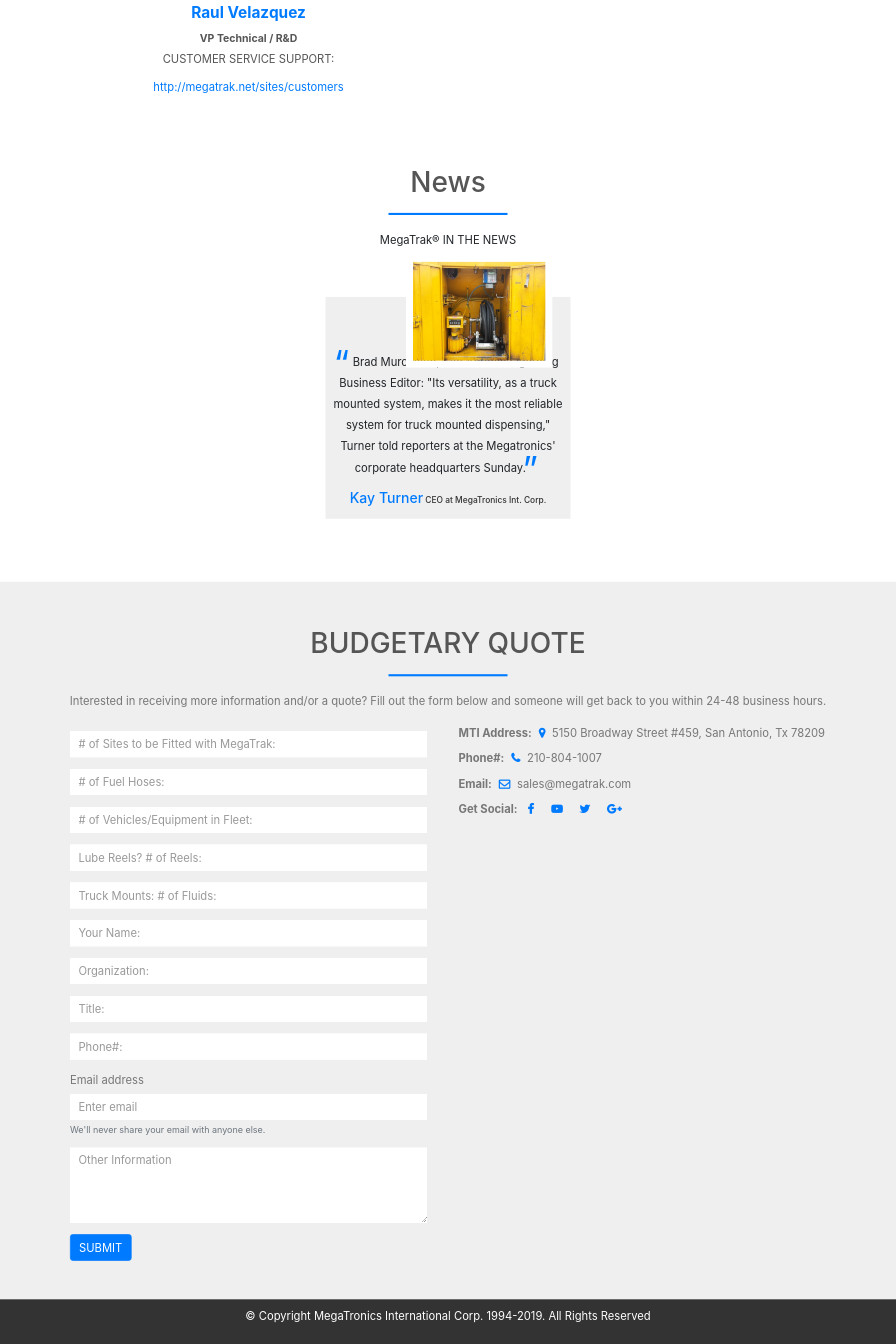
Repository: navegantemx/MegaTrak-Milestone-Project
Page: index.html
The author's editor kept a record of every edit. The page is drawn from the files as they stood at one moment, then again after the next edit.
The browser window is 1280 px wide. The pictures show the part of the page from y = 2503 to 4423 px (the page is 4423 px tall before and 4368 px after), at 70% of full size.
Backgrounds fixed to the window are drawn as part of the page.

Above is the page before.

### index.html
<!DOCTYPE html>
<html lang="en">
<head>
    <meta charset="UTF-8">
    <meta name="viewport" content="width=device-width, initial-scale=1.0">
    <meta http-equiv="X-UA-Compatible" content="ie=edge">
    <link rel="stylesheet" href="https://stackpath.bootstrapcdn.com/bootstrap/4.3.1/css/bootstrap.min.css" type="text/css" />
    <link rel="stylesheet" href="https://stackpath.bootstrapcdn.com/font-awesome/4.7.0/css/font-awesome.min.css" type="text/css" />
    <script src="https://code.jquery.com/jquery-3.3.1.slim.min.js"></script>
    <script src="https://cdnjs.cloudflare.com/ajax/libs/popper.js/1.14.7/umd/popper.min.js"></script>
    <script src="https://stackpath.bootstrapcdn.com/bootstrap/4.3.1/js/bootstrap.min.js"></script>
    <link rel="stylesheet" href="assets/css/style.css" type="text/css" />
    <title>MegaTrak - Automated Fuel Systems</title>
</head>
<body>

    <!-----------------------Part code taken from YouTube channel "Easy Tutorials" ------------>

    <!-----------------------Navigation Bar------------>

    <section id="nav-bar">
        <nav class="navbar navbar-expand-lg navbar-light">
            <a class="navbar-brand" href="#"><img src="assets/images/mt-logo.png"></a>
            <button class="navbar-toggler" type="button" data-toggle="collapse" data-target="#navbarNav" aria-controls="navbarNav" aria-expanded="false" aria-label="Toggle navigation">
            <span class="navbar-toggler-icon"></span></button>
            <div class="collapse navbar-collapse" id="navbarNav">
                <ul class="navbar-nav ml-auto"
                    <li class="nav-item">
                        <a class="nav-link" href="#top">HOME</a>
                    </li>
                    <li class="nav-item">
                        <a class="nav-link" href="#solutions">SOLUTIONS</a>
                    </li>
                    <li class="nav-item">
                        <a class="nav-link" href="#products">PRODUCTS</a>
                    </li>
                    <li class="nav-item">
                        <a class="nav-link" href="#support">SUPPORT</a>
                    </li>
                    <li class="nav-item">
                        <a class="nav-link" href="#news">NEWS</a>
                    </li>
                    <li class="nav-item">
                        <a class="nav-link" href="#contact">CONTACT</a>
                    </li>
                </ul>
            </div>
        </nav>
    </section>

    <!-----------------------Slider------------>

    <div id="slider">
        <div id="headerSlider" class="carousel slide" data-ride="carousel">
            <ol class="carousel-indicators">
                <li data-target="#headerSlider" data-slide-to="0" class="active"></li>
                <li data-target="#headerSlider" data-slide-to="1"></li>
                <li data-target="#headerSlider" data-slide-to="2"></li>
            </ol>
            <div class="carousel-inner">
                <div class="carousel-item active">
                    <img class="d-block img-fluid" src="assets/images/banner1.jpg">
                    <div class="carousel-caption">
                        <h5>TRANSPORTATION</h5>
                    </div>
                </div>
                <div class="carousel-item">
                    <img class="d-block img-fluid" src="assets/images/banner2.jpg">
                    <div class="carousel-caption">
                        <h5>MATERIALS</h5>
                    </div>
                </div>
                <div class="carousel-item">
                    <img class="d-block img-fluid" src="assets/images/banner3.jpg">
                    <div class="carousel-caption">
                        <h5>CITIES AND COUNTIES</h5>
                    </div>
                </div>
            </div>
            <a class="carousel-control-prev" href="#headerSlider" role="button" data-slide="prev">
                <span class="carousel-control-prev-icon" aria-hidden="true"></span>
                <span class="sr-only">Previous</span>
            </a>
            <a class="carousel-control-next" href="#headerSlider" role="button" data-slide="next">
                <span class="carousel-control-next-icon" aria-hidden="true"></span>
                <span class="sr-only">Next</span>
             </a>
        </div>
    </div>

    <!-----------------------Solutions------------>

    <section id="solutions">
        <div class="container">
            <div class="row">
                <div class="col-md-6">
                    <h2>MegaTrak® Solutions</h2>
                    <div class="about-content">
                        The MegaTrak® Automated Fuel System Hardware is designed with direct, single-hose, pay at the pump architecture, like retail.
                        Competitor's console driven systems lose all hose accountability when communications and/or the console fails.
                        MegaTrak® allows you to move to the next hose or exchange the fuel control unit (MCU) with another.
                        Spare units are also available.
                    </div>
                    <button type="button" class="btn btn-primary">Read more>>
                    </button>
                </div>
                <div class="col-md-6 skills-bar">
                    <p>Vehicle Control Module</p>
                    <div class="progress">
                        <div class="progress-bar" style="width: 80%;">80%</div>
                    </div>
                    <p>Mobile Truck Mounts</p>
                    <div class="progress">
                        <div class="progress-bar" style="width: 85%;">85%</div>
                    </div>
                    <p>Multi-Product Dispenser</p>
                    <div class="progress">
                        <div class="progress-bar" style="width: 75%;">75%</div>
                    </div>
                    <p>Fuel Accounting</p>
                    <div class="progress">
                        <div class="progress-bar" style="width: 50%;">50%</div>
                    </div>
                    <p>Preventive Maintenance</p>
                    <div class="progress">
                        <div class="progress-bar" style="width: 60%;">60%</div>
                    </div>
                </div>
            </div>
        </div>
    </section>

    <!-----------------------Solutions------------>

    <section id="products">
        <div class="container">
            <h1>Our Products</h1>
            <div class="row products">
                <div class="col-md-3 text-center">
                    <div class="icon">
                        <i class="fa fa-bus"></i>
                    </div>
                    <h3>MegaTrak® Series 9000</h3>
                    <p>MegaTrak® proudly presents the MegaTrak® Series 9000,
                    the latest and most advanced single-hose fuel controller (MCU) designed for fleet fueling today.</p>
                </div>
                <div class="col-md-3 text-center">
                    <div class="icon">
                        <i class="fa fa-cloud-upload"></i>
                    </div>
                    <h3>Cloud Services-Odom Capture</h3>
                    <p>The MegaTrak® approach is to remove the costly, complex radio components and return to a simpler,
                    more positive method of communication.</p>
                </div>
                <div class="col-md-3 text-center">
                    <div class="icon">
                        <i class="fa fa-clock-o"></i>
                    </div>
                    <h3>Gates & Doors Control</h3>
                    <p>Why hassle over trying to find a gate controller AND a fuel system, when the MegaTrak® Series 9000 can do it all?!</p>
                </div>
                <div class="col-md-3 text-center">
                    <div class="icon">
                        <i class="fa fa-signal"></i>
                    </div>
                    <h3>Cellular and WiFi Communications</h3>
                    <p>Cellular GPRS Radio Supported and networking using WiFi (802.11x) between devices or groups of devices and a server.</p>
                </div>
            </div>
        </div>
    </section>

    <!-----------------------Support------------>

    <section id="support">
        <div class="container">
            <h1>Technical Support</h1>
            <div class="row">
                <div class="col-md-6 profile-pic text-center">
                <div class="img-box">
                    <img src="assets/images/support1.jpg" class="img-responsive">
                    <ul>
                        <a href="#"><li><i class="fa fa-facebook"></i></li></a>
                        <a href="#"><li><i class="fa fa-twitter"></i></li></a>
                        <a href="#"><li><i class="fa fa-linkedin"></i></li></a>
                    </ul>
                </div>
                    <h2>Raul Velazquez</h2>
                    <h3>VP Technical / R&D</h3>
                    <P>CUSTOMER SERVICE SUPPORT:</P>
                    <a href="http://megatrak.net/sites/customers/">http://megatrak.net/sites/customers</a>
                </div>
                <div class="col-md-6 profile-pic text-center">
                <div class="img-box">
                    <img src="assets/images/support2.jpg" class="img-responsive">
                </div>
                    <br>
                    <P>Downloading Site:</P>
                    <a href="http://download.megatrak.com/">http://download.megatrak.com/</a>
                </div>
            </div>
        </div>
    </section>

    <!-----------------------News------------>

    <section id="news">
        <div class="container">
            <h1>News</h1>
            <p class="text-center">MegaTrak® IN THE NEWS</p>
            <div class="row">
                <div class="col-md-4 text-center">
                    <div class="profile">
                        <img src="assets/images/news1.jpg" class="user">
                        <blockquote>Brad Murchison, San Antonio Lightning Business Editor:
                        "Its versatility, as a truck mounted system, makes it the most reliable system for truck mounted dispensing,"
                        Turner told reporters at the Megatronics' corporate headquarters Sunday.</blockquote>
                            <h3>Kay Turner<span> CEO at MegaTronics Int. Corp.</span></h3>
                    </div>
                </div>
            </div>
        </div>
    </section>

   <!-----------------------Contact------------>

    <section id="contact">
        <div class="container">
            <br>
            <h1>BUDGETARY QUOTE</h1>
            <p class="text-center">Interested in receiving more information and/or a quote? Fill out the form below and someone will get back to you within 24-48 business hours.</p>
            <div class="row">
                <div class="col-md-6">
                    <form class="contact-form">
                        <div class="form-group">
                            <input type="number" class="form-control" placeholder="# of Sites to be Fitted with MegaTrak:" required>
                        </div>
                        <div class="form-group">
                             <input type="number" class="form-control" placeholder="# of Fuel Hoses:" required>
                        </div>
                        <div class="form-group">
                             <input type="number" class="form-control" placeholder="# of Vehicles/Equipment in Fleet:" required>
                        </div>
                        <div class="form-group">
                            <input type="number" class="form-control" placeholder="Lube Reels? # of Reels:" required>
                        </div>
                        <div class="form-group">
                            <input type="number" class="form-control" placeholder="Truck Mounts: # of Fluids:" required>
                        </div>
                        <div class="form-group">
                            <input type="text" class="form-control" placeholder="Your Name:" required>
                        </div>
                        <div class="form-group">
                            <input type="text" class="form-control" placeholder="Organization:" required>
                        </div>
                        <div class="form-group">
                            <input type="text" class="form-control" placeholder="Title:" required>
                        </div>
                        <div class="form-group">
                            <input type="number" class="form-control" placeholder="Phone#:" required>
                        </div>
                        <div class="form-group">
                            <label for="exampleInputEmail1">Email address</label>
                            <input type="email" class="form-control" id="exampleInputEmail1" aria-describedby="emailHelp" placeholder="Enter email" required>
                            <small id="emailHelp" class="form-text text-muted">We'll never share your email with anyone else.</small>
                        </div>
                        <div class="form-group">
                            <textarea class="form-control" rows="4" placeholder="Other Information"></textarea>
                        </div>
                        <button type="submit" class="btn btn-primary">SUBMIT</button>
                    </form>
                </div>
                <div class="col-md-6 contact-info">
                    <div class="follow"><b>MTI Address:</b><i class="fa fa-map-marker"></i>5150 Broadway Street #459, San Antonio, Tx 78209</div>
                    <div class="follow"><b>Phone#:</b><i class="fa fa-phone"></i>210-804-1007</div>
                    <div class="follow"><b>Email:</b><i class="fa fa-envelope-o"></i>sales@megatrak.com</div>
                    <div class="follow"><label><b>Get Social:</b></label>
                        <a href="#"><i class="fa fa-facebook"></i></a>
                        <a href="#"><i class="fa fa-youtube-play"></i></a>
                        <a href="#"><i class="fa fa-twitter"></i></a>
                        <a href="#"><i class="fa fa-google-plus"></i></a>
                    </div>
                </div>
            </div>
        </div>
    </section>

    <!-----------------------Footer------------>

    <section id="footer">
        <div class="container text-center">
            <p>© Copyright MegaTronics International Corp. 1994-2019. All Rights Reserved</p>
        </div>
    </section>

    <!-----------------------Footer End------------>

    <script src="libraries/smooth-scroll.js"></script>
    <script>var scroll = new SmoothScroll('a[href*="#"]');</script>
</body>
</html>

### assets/css/style.css
*
{
    margin: 0;
    padding: 0;
}

/* -------------------------------------navigation */

#nav-bar
{
    position: sticky;
    top: 0;
    z-index: 10;
}

.navbar-brand img
{
    height: 80px;
    width: 90%;
    padding-left: 0;
}

.navbar-nav li
{
    padding: 0 10px;
}

.navbar-nav li a
{
    float: right;
    text-align: left;
}

#nav-bar ul li a:hover{
    color: #007bff!important;
}

.navbar
{
    background: #fff;
}

.navbar-toggler
{
    border: none!important;
}

.nav-link
{
    color: #555!important;
    font-weight: 600;
    font-size: 16px;
}

/* -------------------------------------Slider */

#slider
{
    width: 100%;
}

.carousel-caption
{
    top: 50%;
    transform: translateY (-50%);
    bottom: initial!important;
}

.carousel-caption h5
{
    color: #fff;
    font-size: 42px;
}

/* -------------------------------------Solutions */

#solutions
{
    padding-top: 100px;
    padding-bottom: 140px;
    color: #555;
}

#solutions .btn
{
    margin-top: 20px;
    margin-bottom: 30px;
}

.about-content
{
    padding-top: 20px;
}

.skills-bar p
{
    margin-bottom: 6px;
    font-weight: 600;
}

.progress
{
    border-radius: 16px; !important;
    margin-bottom: 20px;
}

.progress-bar
{
    border-radius: 16px;
}

/* -------------------------------------Products */


#products
{
    background-image: linear-gradient(rgba(0,0,0,0.8),rgba(0,0,0,0.8));url("../../media/examples/lizard.png");
    background-size: cover;
    background-position: center;
    color: #efefef !important;
    background-attachment: fixed;
    padding-top: 50px;
    padding-bottom: 50px;
}

#products h1
{
    text-align: center;
    color: #efefef !important;
    padding-bottom: 10px;
}

#products h1::after
{
    content: '';
    background: #efefef;
    display: block;
    height: 3px;
    width: 170px;
    margin: 20px auto 5px;
}

.products
{
    margin-top: 40px;
}

.icon
{
    font-size: 40px;
    margin: 20px auto;
    padding: 20px;
    height: 80px;
    width: 80px;
    border:1px solid #fff;
    border-radius: 50%;
}

#products p
{
    font-size: 14px;
    margin-top: 20px;
    color: #ccc;
}

.products .col-md-3:hover{
    background: #007bff;
    cursor: pointer;
    transition: 0.7s;
}

/* -------------------------------------Support */

#support
{
    padding-top: 50px;
    padding-bottom: 50px;
    color: #555;
}

h1
{
    text-align: center;
    color: #555 !important;
    padding-bottom: 10px;
}

h1::after
{
    content: '';
    background: #007bff;
    display: block;
    height: 3px;
    width: 170px;
    margin: 20px auto 5px;
}

.profile-pic
{
    margin-top: 25px;
}

.profile-pic .img-box
{
    opacity: 1;
    display: block;
    position: relative;
}

.profile-pic .img-box img
{
    filter: grayscale(1);
}

.profile-pic .img-box img:hover
{
    filter: grayscale(0);
    cursor: pointer;
}

.profile-pic h2
{
    font-size: 22px;
    font-weight: bold;
    margin-top: 15px;
    color: #007bff !important;
}

.profile-pic h3
{
    font-size: 15px;
    font-weight: bold;
    margin-top: 15px;
}

#support .fa
{
    height: 25px;
    width: 25px;
    color: #007bff !important;
    background: #fff;
    padding: 4px;
    border-radius: 50%;
}

.img-box ul
{
    padding: 15px 0;
    position: absolute;
    z-index: 2;
    bottom: 0;
    left: 50%;
    transform: translateX(-50%);
    opacity: 0;
}

.img-box ul li
{
    padding:5px;
    display: inline-block;
}

.img-box:hover ul

{
    opacity: 1;
}

.img-box ul, .img-box ul li
{
    transition: 0.5s;
}

/* -------------------------------------News */

#news
{
    padding-top: 50px;
    padding-bottom: 50px;
}

#news .row
{
    margin-top: 30px;
}

.col-md-4
{
    margin: 40px auto;
}

.profile
{
    padding: 70px 10px 10px;
    background-color: #efefef;
}

.user
{
    width: 55%;
    height: auto;
}

.profile img

{
    top: -60px;
    position: absolute;
    left: calc(50% - 60px);
    border: 10px solid #fff;
}

.profile h3
{
    font-size: 20px;
    margin-top: 15px;
    color: #007bff;
}

#news span
{
    font-size: 12px;
    color: #333;
}

blockquote
{
    font-size: 16px;
    line-height: 30px;
}

blockquote::before
{
    content: '\201C';
    font-size: 50px;
    color: #007bff;
    position: relative;
    line-height:20px;
    bottom: -15px;
    right: 5px;
}
blockquote::after
{
    content: '\201D';
    font-size: 50px;
    color: #007bff;
    position: relative;
    line-height:10px;
    bottom: -15px;
    right: 5px;
}

/* -------------------------------------Contact */

#contact
{
    background: #efefef;
    padding-top: 40px;
    padding-bottom: 40px;
    color: #777;
}

.contact-form
{
    padding: 15px;
}

.form-control
{
    border-radius: 0 !important;
    border: none !important;
}

::placeholder
{
    color: #999 !important;
}

.contact-info .fa
{
    margin: 10px;
    color: #007bff;
    font-weight: bold;
}

/* -------------------------------------Footer */

#footer
{
    background: #333;
    color: #fff;
    padding: 12px;
}

Loaded but not shown: libraries/smooth-scroll.js (645 lines, source omitted)

After the next edit:
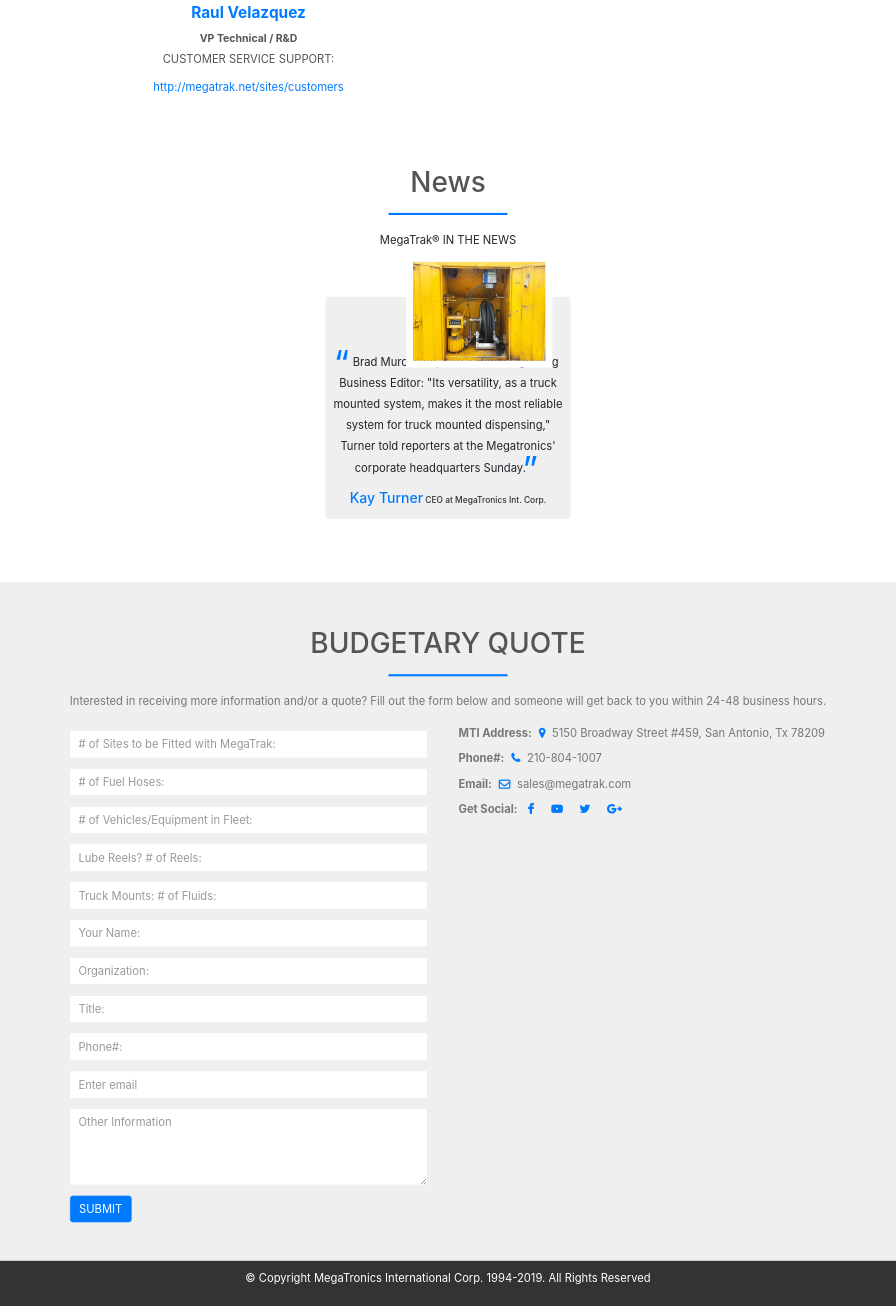
The edit:
--- a/index.html
+++ b/index.html
@@ -260,9 +260,7 @@
                             <input type="number" class="form-control" placeholder="Phone#:" required>
                         </div>
                         <div class="form-group">
-                            <label for="exampleInputEmail1">Email address</label>
                             <input type="email" class="form-control" id="exampleInputEmail1" aria-describedby="emailHelp" placeholder="Enter email" required>
-                            <small id="emailHelp" class="form-text text-muted">We'll never share your email with anyone else.</small>
                         </div>
                         <div class="form-group">
                             <textarea class="form-control" rows="4" placeholder="Other Information"></textarea>
